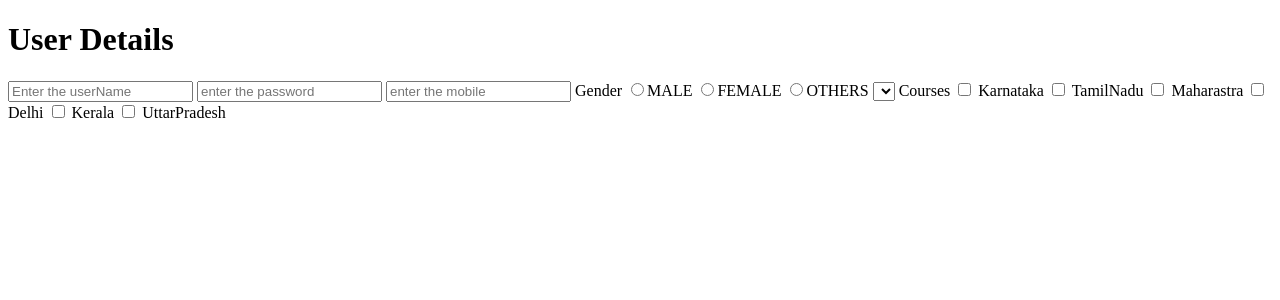
Repository: Nitin-Kalshetty/Training_Java
Page: http://localhost/usertaglibrary/controller.do
These files come from the project's save history. The page is drawn as it stood at one moment and after the next save; the edit follows.
The browser window is 1280 px wide. The pictures show the whole page.
The page is served by Tomcat 9.

Above is the page before, as saved 2023-05-28 10:59:08.

After the next save:
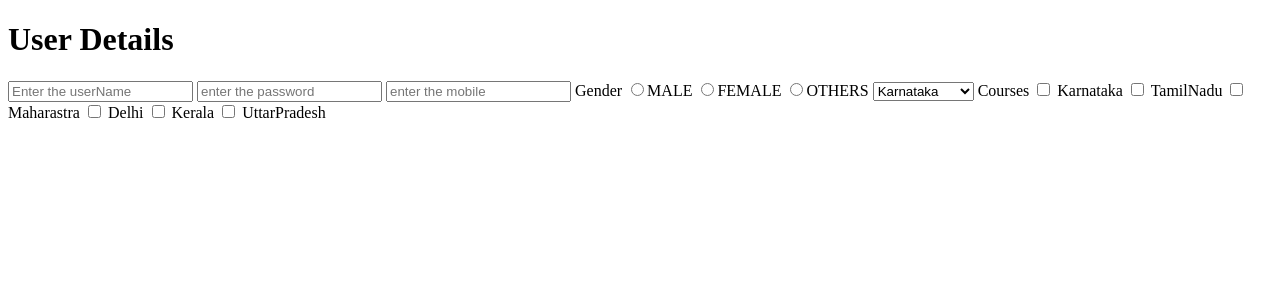
Saved 98 s later.
--- a/usertaglibrary/src/main/webapp/register.jsp
+++ b/usertaglibrary/src/main/webapp/register.jsp
@@ -19,9 +19,9 @@
 <input type="radio" name="gender" value="male" />MALE
 <input type="radio" name="gender" value="female" />FEMALE
 <input type="radio" name="gender" value="others" />OTHERS
-<select>
+<select >
 <c:forEach items="${requestScope.allstates}"  var="gg">
-
+<option value="${gg}">${gg}</option>
 </c:forEach>
 </select>
 
